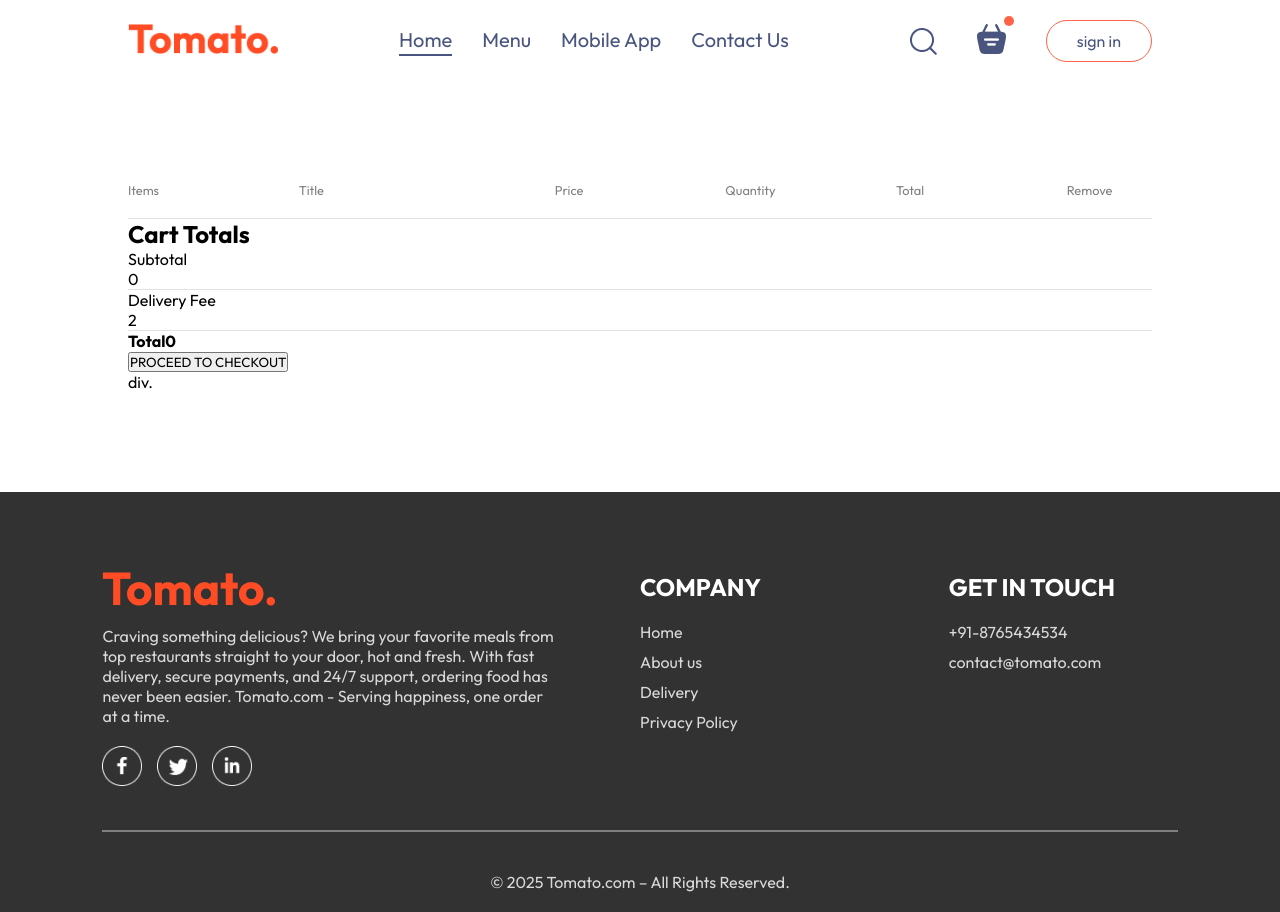
Repository: esakkiraj8104/FOOD_ORDER1
Page: /cart
The author's editor kept a copy of each file at every save. The page is drawn from the files as they stood at one save, then again after a run of saves.
The browser window is 1280 px wide. The pictures show the whole page.
The project was rebuilt for these pictures with package versions that can differ from the ones it lists, and the page was loaded fresh each time. Also part of the build but not shown: vite.config.js, src/components/Navbar/Header/Haeder.css, src/components/Navbar/Header/Header.jsx, src/components/Navbar/ExploreMenu/ExploreMenu.css, src/components/Navbar/ExploreMenu/ExploreMenu.jsx, src/components/Navbar/FoodDisplay/FoodDisplay.css, src/components/Navbar/FoodItem/FoodItem.css, src/components/Navbar/FoodItem/FoodItem.jsx and 6 more. Imported but missing from the stored project, and not drawn on this page: src/pages/PlaceOrder/PlaceOrder.

Above is the page before, as saved 2025-05-20 18:49:49.

### index.html
<!doctype html>
<html lang="en">
  <head>
    <meta charset="UTF-8" />
    <link rel="icon" type="image/svg+xml" href="/vite.svg" />
    <meta name="viewport" content="width=device-width, initial-scale=1.0" />
    <title>Tomoto food Web</title>
  </head>
  <body>
    <div id="root"></div>
    <script type="module" src="/src/main.jsx"></script>
  </body>
</html>

### src/main.jsx
import React from 'react'
import ReactDOM from 'react-dom/client'
import './index.css'
import App from './App.jsx'
import {BrowserRouter} from 'react-router-dom'
import StoreContextProvider from './Context/StoreContext.jsx'

ReactDOM.createRoot(document.getElementById('root')).render(
  <BrowserRouter>
    <StoreContextProvider>
      <App />
    </StoreContextProvider>

  </BrowserRouter>

)

### src/index.css
@import url('https://fonts.googleapis.com/css2?family=Outfit:wght@100..900&display=swap');

*{
  padding: 0;
  margin: 0;
  box-sizing: border-box;
  font-family: outfit;
  scroll-behavior: smooth;
}
body{
  min-height: 100vh;
}
a{
  text-decoration :none;
  color: inherit;
}
.app{
  width: 80%;
  margin: auto;
}

@keyframes fadeIn {
  0%{
    opacity: 0;
  }
  100%{
    opacity: 1;
  }
}

### src/App.jsx
import React,{ useState } from 'react'
import { Route, Routes } from 'react-router-dom'
import Home from './pages/Home/Home'
import Cart from './pages/Cart/Cart'
import PlaceOrder from './pages/PlaceOrder/PlaceOrder'
import Navbar from './components/Navbar/Navbar/Navbar'
import Footer from './components/Navbar/Footer/Footer'
import LoginPopup from './components/LoginPopup/LoginPopup'

const App = () => {

  const[showLogin,setShowLogin]= useState(false)
  return (

    <>
    {showLogin?<LoginPopup setShowLogin={setShowLogin}/>:<></>}
      <div className='app'>
        <Navbar setShowLogin={setShowLogin}/>
        <Routes >
          <Route path='/' element={<Home />} />
          <Route path='/cart' element={<Cart />} />
          <Route path='/order' element={<PlaceOrder />} />
        </Routes>
      </div>
      <Footer />

    </>


  )
}

export default App

### src/Context/StoreContext.jsx
import { createContext, useEffect, useState } from "react";
import { food_list } from "../assets/assets";

export const StoreContext = createContext(null)

const StoreContextProvider = (props) => {

    const [cartItems,setCartItems]= useState({});

    const addToCart = (itemId) => {
        if (!cartItems[itemId]) {
            setCartItems((prev)=>({...prev,[itemId]:1}))
        }
        else{
            setCartItems((prev)=>({...prev,[itemId]:prev[itemId]+1}))
        }
    }

    const removeFromCart = (itemId) =>{
        setCartItems((prev)=>({...prev,[itemId]:prev[itemId]-1}))
    }

    useEffect(()=>{
        console.log(cartItems);
    },[cartItems])

    const contextValue = {
        food_list,
        cartItems,
        setCartItems,
        addToCart,
        removeFromCart

    }
    return (
        <StoreContext.Provider value={contextValue}>
            {props.children}
        </StoreContext.Provider>
    )
}

export default StoreContextProvider;

### src/pages/Cart/Cart.jsx
import React, { useContext } from 'react'
import './Cart.css'
import { StoreContext } from '../../Context/StoreContext'
const Cart = () => {


  const { cartItems, food_list, removeFromCart } = useContext(StoreContext);
  return (
    <div className='cart'>
      <div className="cart-items">
        <div className="cart-items-title">
          <p>Items</p>
          <p>Title</p>
          <p>Price</p>
          <p>Quantity</p>
          <p>Total</p>
          <p>Remove</p>
        </div>
        <br />
        <hr />
        {food_list.map((item, index) => {
          if (cartItems[item._id] > 0) {
            return (
              <div>
                <div className='cart-items-title cart-items-item'>
                  <img src={item.image} alt="" />
                  <p>{item.name}</p>
                  <p>${item.price}</p>
                  <p>{cartItems[item._id]}</p>
                  <p>${item.price * cartItems[item._id]}</p>
                  <p  onClick={()=>removeFromCart(item._id)} className='cross'>❌</p>
                </div>
                <hr />
              </div>

            )
          }
        })}
      </div>
      <div className="cart-bottom">
        <div className="cart-total">
          <h2>Cart Totals</h2>
          <div>
            <div className="cart-total-details">
              <p>Subtotal</p>
              <p>{0}</p>
            </div>
            <hr />
            <div className="cart-total-details">
              <p>Delivery Fee</p>
              <p>{2}</p>
            </div>
             <hr />
            <div className="cart-total-details">
              <b>Total</b>
              <b>{0}</b>
            </div>
          </div>
          <button>PROCEED TO CHECKOUT</button>
        </div>
        div.
      </div>
    </div>
  )
}

export default Cart

### src/components/Navbar/Navbar/Navbar.jsx
import React, { useState } from 'react'
import './Navbar.css'
import { assets } from '../../../assets/assets'
import { Link } from 'react-router-dom';
const Navbar = ({setShowLogin}) => {

    const [menu,setMenu] = useState("home");
  return (
    <div className='navbar'>
        <Link to='/'><img src={assets.logo} alt="" className="logo" /></Link>
        <ul className="navbar-menu">
        <Link to='/'className={menu === "home" ? "active" : ""} onClick={() => setMenu("home")}>Home</Link>
        <a href='#explore-menu' className={menu === "menu" ? "active" : ""} onClick={() => setMenu("menu")}>Menu</a>
        <a href='#app-download'className={menu === "mobile-app" ? "active" : ""} onClick={() => setMenu("mobile-app")}>Mobile App</a>
        <a href='#footer'className={menu === "contact us" ? "active" : ""} onClick={() => setMenu("contact us")}>Contact Us</a>
        </ul>
        <div className="navbar-right">
            <img src={assets.search_icon} alt="" />
            <div className="navbar-search-icon">
                <Link to='/cart'><img src={assets.basket_icon} alt="" /></Link>
                <div className="dot"></div>
            </div>
            <button onClick={()=>setShowLogin(true)}>sign in</button>
        </div>
    </div>
  )
}

export default Navbar

### src/components/Navbar/Footer/Footer.jsx
import React from 'react'
import './Footer.css'
import { assets } from '../../../assets/assets'

const Footer = () => {
  return (

    <div className='footer' id='footer'>
      <div className="footer-content">
        <div className="footer-content-left">
          <img src={assets.logo} alt="" />
          <p>Craving something delicious? We bring your favorite meals from top restaurants straight to your door, hot and fresh.
            With fast delivery, secure payments, and  24/7 support, ordering food has never been easier.
            Tomato.com - Serving happiness, one order at a time.</p>
          <div className="footer-social-icons">
            <img src={assets.facebook_icon} alt="" />
            <img src={assets.twitter_icon} alt="" />
            <img src={assets.linkedin_icon} alt="" />
          </div>
        </div>
        <div className="footer-content-center">
          <h2>COMPANY</h2>
          <ul>
            <li>Home</li>
            <li>About us</li>
            <li>Delivery</li>
            <li>Privacy Policy</li>
          </ul>
        </div>
        <div className="footer-content-right">
          <h2>GET IN TOUCH</h2>
          <ul>
            <li>+91-8765434534</li>
            <li>contact@tomato.com</li>
          </ul>
        </div>
      </div>
      <hr />
      <p className="footer-copyright">© 2025 Tomato.com – All Rights Reserved.</p>
    </div>
  )
}

export default Footer

### src/pages/Cart/Cart.css
.cart{
    margin-top: 100px;
}
.cart-items-title{
    display: grid;
    grid-template-columns: 1fr 1.5fr 1fr 1fr 1fr 0.5fr;
    align-items: center;
    color: grey;
    font-size: max(1vw,12px);

}
.cart-items-item{
    margin: 10px 0px;
    color: black;
}
.cart-items-item img{
    width: 100px;
}
.cart hr{
    height: 1px;
    background-color: #e2e2e2;
    border: none;
}
.cart-items-item .cross{
    cursor: pointer;
}

### src/components/Navbar/Navbar/Navbar.css
.navbar{
    padding: 20px 0px;
    display: flex;
    justify-content: space-between;
    align-items: center;
}

.navbar .logo{
    width: 150px;
}

.navbar-menu{
    display: flex;
    list-style: none;
    gap: 30px;
    color: #49557e;
    font-size: 20px;
}

.navbar-right{
    display: flex;
    align-items: center;
    gap: 40px;
}

.navbar button{
    background: transparent;
    font-size: 16px;
    color: #49557e;
    border: 1px solid tomato;
    padding: 10px 30px;
    border-radius: 50px;
    cursor: pointer;
    transition: 0.3;
}

.navbar button:hover{
    background-color: #fff4f2;
}

.navbar .active{
    padding-bottom: 2px;
    border-bottom: 2px solid #49557e;
}

.navbar li{
    cursor: pointer;
}

.navbar-search-icon{
    position:relative;
}

.navbar-search-icon .dot{
    position: absolute;
    min-width: 10px;
    min-height: 10px;
    background-color: tomato;
    border-radius: 5px;
    top: -8px;
    right: -8px;
}
@media(max-width:1050px) {
    .navbar .logo{
        width: 140px;
    }
    .navbar-menu{
        gap: 20px;
        font-size: 17px;
    }
    .navbar-right{
        gap: 30px;
    }
    .navbar-right img{
        width: 22px;
    }
    .navbar-right button{
        padding: 8px 25px;
    }
}
@media(max-width:900px) {
    .navbar .logo{
        width: 120px;
    }
    .navbar-menu{
        gap: 15px;
        font-size: 16px;
    }
    .navbar-right{
        gap: 20px;
    }
    .navbar-right img{
        width: 20px;
    }
    .navbar-right button{
        padding: 7px 20px;
        font-size: 15px;
    }
}
@media(max-width:750px) {
    .navbar-menu{
        display: none;
    }
}

### src/components/Navbar/Footer/Footer.css
.footer{
    color: #d9d9d9;
    background: #323232;
    display: flex;
    flex-direction: column;
    align-items: center;
    gap: 20px;
    padding: 20px 8vw;
    padding-top: 80px;
    margin-top: 100px;

}

.footer-content{
    width: 100%;
    display: grid;
    grid-template-columns: 2fr 1fr 1fr;
    gap: 80px;
}
.footer-content-left, .footer-content-right, .footer-content-center{
    display: flex;
    flex-direction: column;
    align-items: start;
    gap: 20px;
}
.footer-content-left li, .footer-content-right li, .footer-content-center li{
    list-style: none;
    margin-bottom: 10px;
    cursor: pointer;
}
.footer-content-right h2, .footer-content-center h2 {
    color: white;
}
.footer-social-icons img{
    width: 40px;
    margin-right: 15px;
}
.footer hr{
    width: 100%;
    height: 2px;
    margin: 20px 0;
    background-color: grey;
    border: none;
}
@media (max-width:750px) {
    .footer-content{
        display: flex;
        flex-direction: column;
        gap: 35px;
    }
    .footer-copyright{
        text-align: center;
    }
}

Loaded but not shown: src/assets/assets.js (350 lines, source omitted); src/pages/Home/Home.css (no stored copy; drawn as an empty file)

After the next 5 saves:
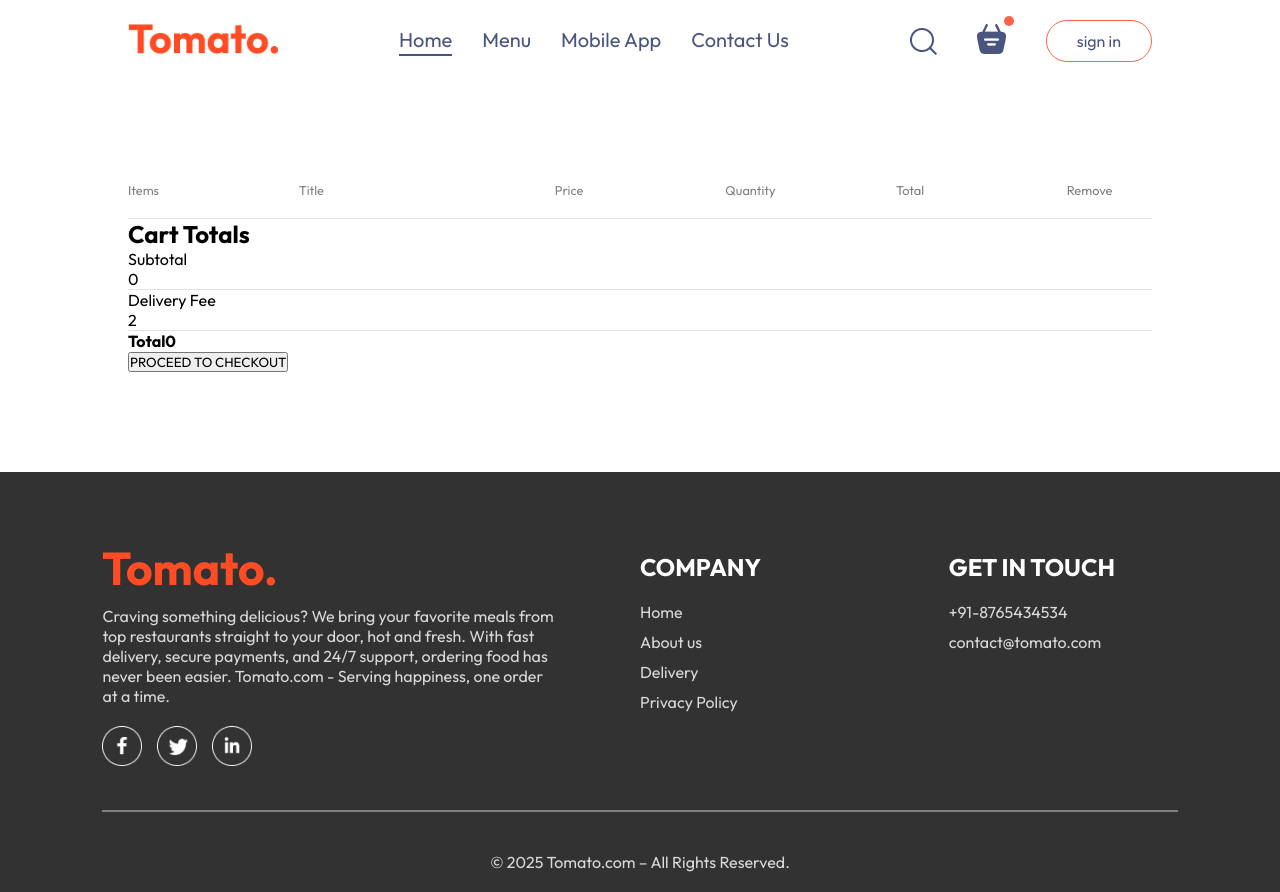
The 5 saves are shown as one change because they came seconds apart.
The last was saved 10 s later.
--- a/src/pages/Cart/Cart.jsx
+++ b/src/pages/Cart/Cart.jsx
@@ -58,7 +58,9 @@
           </div>
           <button>PROCEED TO CHECKOUT</button>
         </div>
-        div.
+        <div className="cart-promocode">
+
+        </div>
       </div>
     </div>
   )

After the 4 saves that followed:
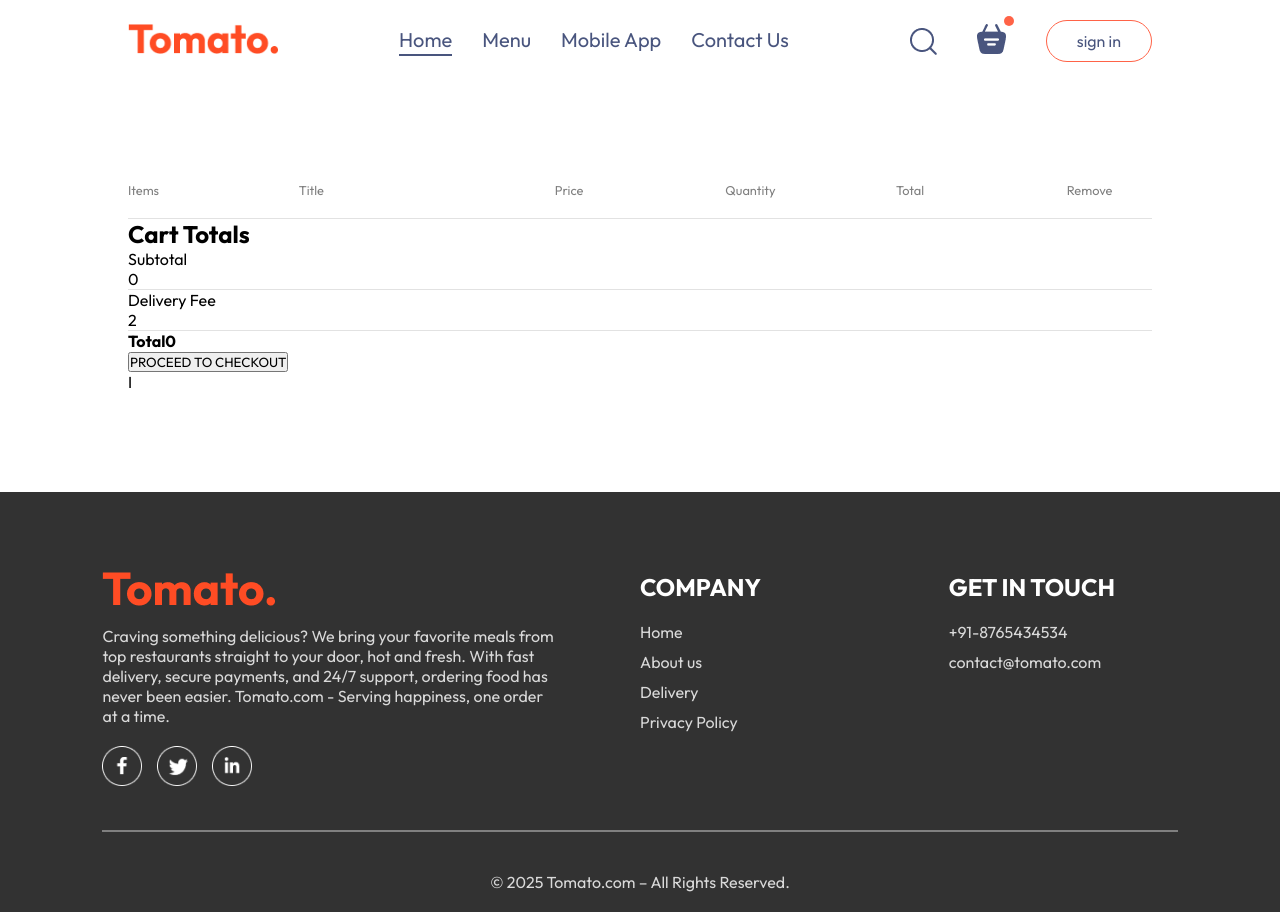
The 4 saves are shown as one change because 2 left the picture as it was and some came seconds apart.
The last was saved 13 s later.
--- a/src/pages/Cart/Cart.jsx
+++ b/src/pages/Cart/Cart.jsx
@@ -59,7 +59,9 @@
           <button>PROCEED TO CHECKOUT</button>
         </div>
         <div className="cart-promocode">
-
+          <div>
+            <p>I</p>
+          </div>
         </div>
       </div>
     </div>
